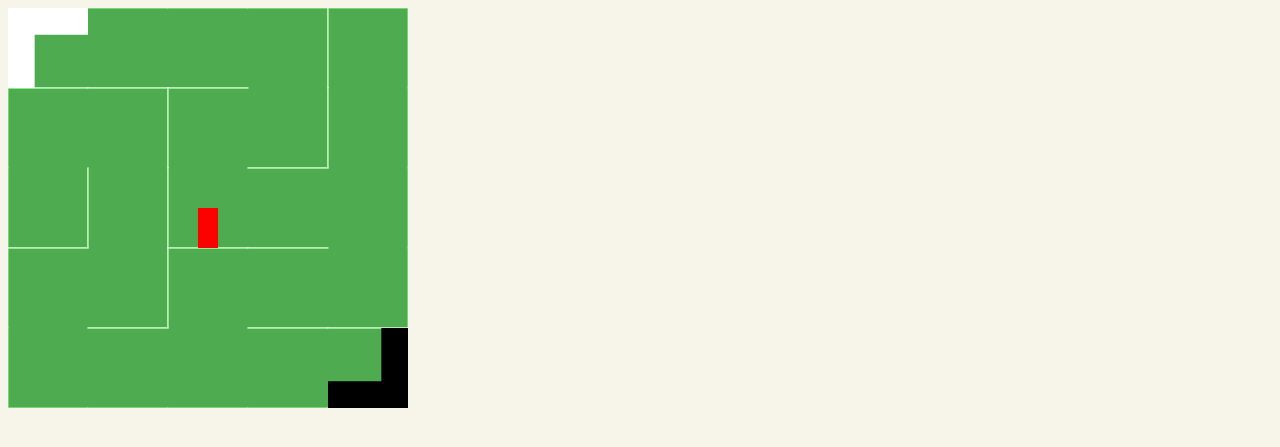
Repository: animarcus/maze-generator
Page: index.html
These files come from the project's save history. The page is drawn as it stood at one moment and after the next save; the edit follows.
The browser window is 1280 px wide. The pictures show the whole page.
Some web libraries are served in a nearby version.

Above is the page before, as saved 2020-09-12 18:56:54.

### index.html
<!DOCTYPE html>
<html lang="en">
<head>
  <link rel="apple-touch-icon" sizes="180x180" href="/icons/apple-touch-icon.png">
  <link rel="icon" type="image/png" sizes="32x32" href="/icons/favicon-32x32.png">
  <link rel="icon" type="image/png" sizes="16x16" href="/icons/favicon-16x16.png">
  <link rel="manifest" href="/icons/site.webmanifest">
  <link rel="mask-icon" href="/icons/safari-pinned-tab.svg" color="#5bbad5">
  <link rel="shortcut icon" href="/icons/favicon.ico">
  <meta name="msapplication-TileColor" content="#da532c">
  <meta name="msapplication-config" content="/icons/browserconfig.xml">
  <meta name="theme-color" content="#ffffff">

  <script type="text/javascript" src="https://cdn.jsdelivr.net/npm/p5@1.1.4/lib/p5.min.js"></script>
  <script src="js/cell.js"></script>
  <script src="js/sketch.js"></script>
  <script src="js/solver.js"></script>


  <link rel="stylesheet" href="css/style.css">
  <meta charset="UTF-8">
  <meta name="viewport" content="width=device-width, initial-scale=1.0, maximum-scale=1.0, user-scalable=0">
  <title>Maze Generator</title>
</head>
<body>
</body>
</html>

### js/cell.js
class Cell {
  constructor(i, j) {
    this.i = i;
    this.j = j;
    this.walls = [true,true,true,true];
    this.visited = false;
  }
  checkNeighbors() {
    let neighbors = [];
    // console.log(index(i+1  , j   ));
    let top     = grid[index(this.i    , this.j-1 )];
    let right   = grid[index(this.i+1  , this.j   )];
    let bottom  = grid[index(this.i    , this.j +1)];
    let left    = grid[index(this.i-1  , this.j   )];
    if (top && !top.visited) {
      neighbors.push(top);
    }
    if (right && !right.visited) {
      neighbors.push(right);
    }
    if (bottom && !bottom.visited) {
      neighbors.push(bottom);
    }
    if (left && !left.visited) {
      neighbors.push(left);
    }
    if (neighbors.length > 0) {
      let r = floor(Math.random() * neighbors.length);
      return neighbors[r];
    } else {
      return undefined;
    }
  }
  highlight() {
    let x = this.i * w;
    let y = this.j * w;
    fill(150, 0, 0, 255);
    noStroke();
    rect(x, y, w, w);
  }
  show() {
    let x = this.i*w;
    let y = this.j*w;
    stroke(255);
    if (this.walls[0]) {
      line(x,y,x+w,y);
    }
    if (this.walls[1]) {
      line(x+w,y,x+w,y+w);
    }
    if (this.walls[2]) {
      line(x+w,y+w,x,y+w);
    }
    if (this.walls[3]) {
      line(x,y+w,x,y);
    }
    if (this.visited) {
      noStroke();
      fill(100, 255, 100, 150);
      rect(x, y, w, w);
    }
  }
}

### js/sketch.js



let cols, rows;
let w = 80;
let grid = [];
let current;
let stack = [new Cell(0, 0)];

let generated;
let solveOK;


function setup() {
  createCanvas(400,400);
  cols = floor(width/w);
  rows = floor(width/w);

  // frameRate(7);

  generated = false;
  solveOK = false;

  for (let j = 0; j < rows; j++) {
    for (let i = 0; i < cols; i++) {
      let cell = new Cell(i,j);
      grid.push(cell);
    }
  }
  current = grid[0];
}

function draw() {
  background(51);
  for (let i = 0; i < grid.length; i++) {
    grid[i].show();
  }
  if (!generated) {
    maze.generateMaze();
  } else if (solveOK) {
    maze.solveMaze();
  }
}


let maze = {
  generateMaze : function() {
    current.visited = true;
    current.highlight();
    let next = current.checkNeighbors();
    // console.log(stack);
    if (next) {
      next.visited = true;
      //step 2
      stack.push(next);
      //step 3
      removeWalls(current, next);
      //step 4
      current = next;
    } else if (stack.length > 0) {
      current = stack.pop();
      if (stack.length == 0) {
        frameRate(3);
        // console.log("no");
        solver = new Solver(0, 0);
        generated = true;

        solveOK = true;
      }
    }
  },
  solveMaze : function() {
    // grid[0].highlight();
    noStroke();
    fill(color("white"));
    rect(grid[0].i, grid[0].j, w/3, w);
    rect(grid[0].i, grid[0].j, w, w/3);
    fill(color("black"));
    rect(grid[grid.length-1].i*w + w, grid[grid.length-1].j*w + w, -w/3, -w);
    rect(grid[grid.length-1].i*w + w, grid[grid.length-1].j*w + w, -w, -w/3);

    fill(color("red"));
    // rect(solver.i+w/10,solver.j+w/10,w-w/5,w-w/5);
    solver.draw();
    solver.move();
  }
};


function index(i, j) {
  if (i < 0 || j < 0 || i > cols-1 || j > rows-1) {
    return -1;
  }
  return i + j * cols;
}


function removeWalls(a, b) {
  let x = a.i - b.i;
  if (x === 1) {
    a.walls[3] = false;
    b.walls[1] = false;
  } else if (x == -1) {
    a.walls[1] = false;
    b.walls[3] = false;
  }

  let y = a.j - b.j;
  if (y === 1) {
    a.walls[0] = false;
    b.walls[2] = false;
  } else if (y === -1) {
    a.walls[2] = false;
    b.walls[0] = false;
  }

}

### js/solver.js
let facing;
class Solver {
  constructor(x, y) {
    this.i = x;
    this.j = y;
    this.direction = -1; // up-right-down-left
  }
  draw() {
    this.current = grid[index(this.i, this.j)];

    fill(color("red"));
    // this.direction = Math.abs(this.direction);
    let x = this.i*w;
    let y = this.j*w;
    if (this.direction % 4 === 0) {
      this.facing = grid[index(this.i, this.j-1)];
      rect(x + w/2-w/8, y + w/2, w/4, -w/2);
    } else if (this.direction % 4 === 1) {
      rect(x + w/2, y + w/2-w/8, w/2, w/4);
      this.facing = grid[index(this.i+1, this.j)];
    } else if (this.direction % 4 === 2) {
      rect(x + w/2-w/8, y + w/2, w/4, w/2);
      this.facing = grid[index(this.i, this.j+1)];
    } else if (this.direction % 4 === 3) {
      rect(x + w/2, y + w/2-w/8, -w/2, w/4);
      this.facing = grid[index(this.i-1, this.j)];
    }
  }
  move() {
    console.log(" ");
    if (this.current.walls[solveDirection(this.direction)]) {
      console.log("wall in front"); // wall in front
      if (this.current.walls[solveDirection(this.direction + 1)]) {
        console.log("wall on right", solveDirection(this.direction -1)); // wall on right
        if (this.current.walls[solveDirection(this.direction - 1)]) {
          console.log("wall on left"); // wall on left
          this.direction += 1;
        } else {
          this.direction -= 1;
        }
      } else {
        this.direction += 1;
      }
    } else {
      this.i = this.facing.i;
      this.j = this.facing.j;
    }
    // up wall check : this.current.walls[0] && this.facing.walls[2]
    // right wall check : this.current.walls[1] && this.facing.walls[3]
    // down wall check : this.current.walls[2] && this.facing.walls[0]
    // left wall check : this.current.walls[3] && this.facing.walls[1]
  }
}


function solveDirection(dir) {
  if (dir < 0) {
    dir += 4;
  }
  if (dir % 4 === 0) {
    dir = 0;
  } else if (dir % 4 === 1) {
    dir = 1;
  } else if (dir % 4 === 2) {
    dir = 2;
  } else if (dir % 4 === 3) {
    dir = 3;
  }
  return dir;
}

### css/style.css
* {
  cursor: default;
  /* -webkit-touch-callout: none;
  -webkit-user-select: none;
  -khtml-user-select: none;
  -moz-user-select: none;
  -ms-user-select: none;
  user-select: none; */
}
body {
  background: #f7f4ea;
  height: 100%;
  overflow-y: hidden;
  overflow-x: hidden;
  /* border-radius: 50%; */
}

/* p {
  position: absolute;
  top:50%;
  left:50%;
  transform: translate(-50%,-50%);
} */

After the next save:
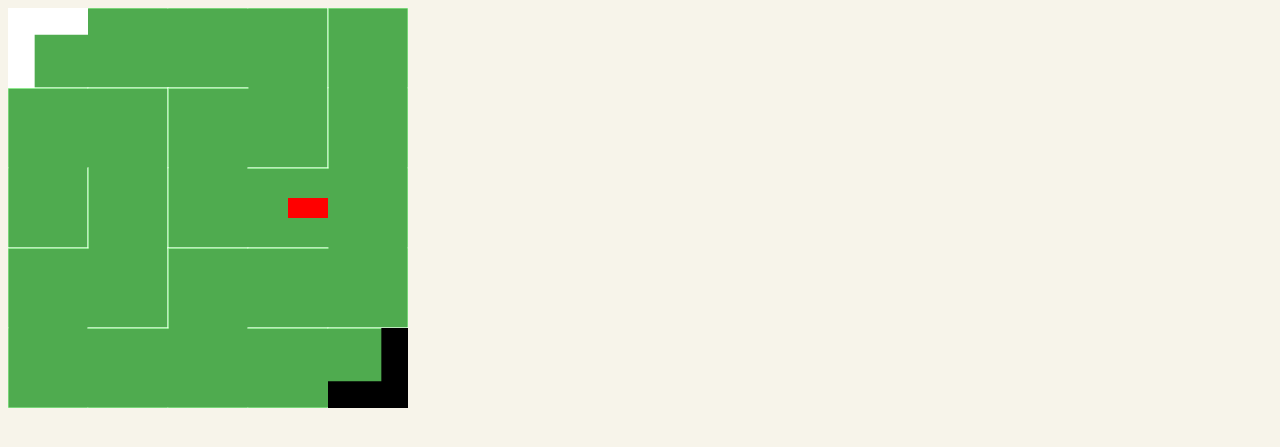
Saved 6 s later.
--- a/js/solver.js
+++ b/js/solver.js
@@ -3,7 +3,7 @@ class Solver {
   constructor(x, y) {
     this.i = x;
     this.j = y;
-    this.direction = -1; // up-right-down-left
+    this.direction = 1; // up-right-down-left
   }
   draw() {
     this.current = grid[index(this.i, this.j)];
